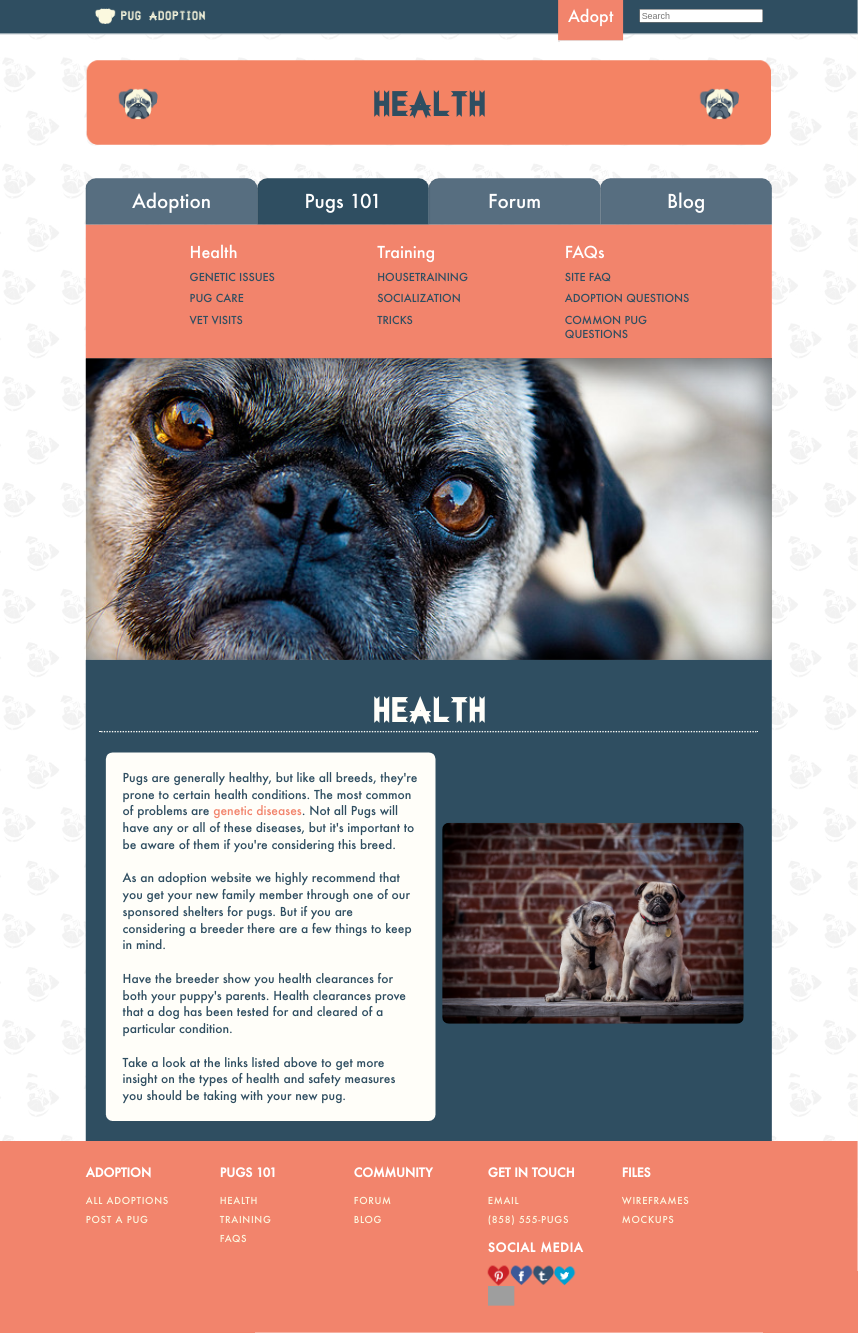
Repository: vqdo/pug-adoption
Page: http://localhost/health.php
The author's editor kept a record of every edit. The page is drawn from the files as they stood at one moment, then again after the next edit.
The browser window is 1280 px wide. The pictures show the whole page, at 67% of full size.
Pictures or frames that could not be fetched are drawn as grey boxes. The page is run by PHP 8.4 with error messages shown; the project is at /var/www/html/.

Above is the page before.

### health.php
<!DOCTYPE html>
<?php include 'partials/_globals.php' ?>
<html>
<head>
	<title><?php echo $strings['sitename'] ?> - Health </title>
	<meta charset="utf-8">
	<!--<link href='http://fonts.googleapis.com/css?family=Libre+Baskerville:400,700' rel='stylesheet' type='text/css'>-->
	<link rel="stylesheet" href="css/master.css">
</head>
<body id="pugs101">
    <?php include 'partials/_header.php'; ?>

    <div class="pugs-main">
    	<a href="index.php">
	   	    <div class="pugs-logo">
		    	<h1>Health</h1></h1>
		    </div>
	    </a>
	</div>


    <div class="page-body">
    	<div class="container">
			<?php include 'partials/_pagenav.php'; ?>
			<div class="pugs-101-health">
				<!--<h1>Have you hugged<br>your pug today?</h1>-->
				</div>
    		<div class="content cf">
    			<h1>Health</h1>
    			<img src="../images/graffitipugs.jpg" alt="Two healthy looking pugs" class="healthypugs">
    		    <div class="health-description">
    				<p>Pugs are generally healthy, but like all breeds, they're
    				prone to certain health conditions. The most common of problems
    				are <a href="http://www.pugvillage.com/pug-health/pug-genetic-issues">genetic diseases</a>.
    				Not all Pugs will have any or all of these diseases, but
    				it's important to be aware of them if you're considering this breed.
    				<br><br>
    				As an adoption website we highly recommend that you get your
    				new family member through one of our sponsored shelters for
    				pugs. But if you are considering a breeder there are a few
    				things to keep in mind.
    				<br><br>
    				Have the breeder show you health clearances for both your
    				puppy's parents. Health clearances prove that a dog has been
    				tested for and cleared of a particular condition.
    				<br><br>
    				Take a look at the links listed above to get more insight on
    				the types of health and safety measures you should be taking
    				with your new pug.
    				</p>
    			</div>

				<!--<h1 class="cf">Basic Facts</h1>
					<img src="images/pugs/derppug.jpg" alt="A pug" class="fl infotable-pic">
    				<table class="facts-table">
    					<tr>
    						<td class="title">Avg. Life Span</td>
    						<td>2 to 15 years</td>
    					</tr>
    					<tr>
    						<td class="title">Weight</td>
    						<td>12 - 15 lbs</td>
    					</tr>
    					<tr>
    						<td class="title">Dog Breed Group</td>
    						<td>Companion Dog</td>
    					</tr>
    					<tr>
    						<td class="title">Temperament</td>
    						<td><p>Don't expect a Pug to hunt, guard, or retrieve. Pugs were bred to be companions, and that's exactly what they do best. The Pug craves affection — and your lap — and is very unhappy if his devotion isn't reciprocated.

He tends to be a sedentary dog, content to sit in your lap as you read a book or watch a movie.</p></td>
    					</tr>

    				</table>-->
    		</div>
    	</div>
	</div>

    <?php include 'partials/_footer.php'; ?>

	<script type="text/javascript" src="js/jquery-1.11.1.min.js"></script>
	<script type="text/javascript" src="js/master.js"></script>
</body>
</html>

### partials/_globals.php
<?php

    // Include global variables here
    $strings = array(
        'sitename' => "Pug Adoption",
        'gfonts' => "https://fonts.googleapis.com/css?family=Montserrat:400,700"
    )

?>

### partials/_header.php
<header>
    <nav id="site-nav" class="cf">
        <div class="bg"></div>
        <div class="container cf">

            <input class="searchbox fr" type="text" placeholder="Search" />

            <a class="highlighted-link fr" href="adopt.php">Adopt</a>
            <a class="headerlogo" href="index.php"></a>
        </div>
    </nav>
</header>

### partials/_pagenav.php
    		<nav class="tab-container">
	    		<div class="page-tabs cf">
	    			<ul>
	    				<li><a class="tab-adoption" href="adopt.php">Adoption</a></li>
	    				<li><a class="tab-pugs101" href="pugs101.php">Pugs 101</a></li>
	    				<li><a class="tab-forum" href="forum.php">Forum</a></li>
	    				<li><a class="tab-blog" href="blog.php">Blog</a></li>
	    			</ul>
	    		</div>
	    		<div class="page-tabs-sub cf">
	    			<ul class="sub-nav tab-adoption">
	    				<li><a href="adopt.php">Search</a></li>
	    				<li><a href="http://www.pugpros.org/turn-in-a-pug/">Post a Pug</a></li>
	    				<li><a href="http://www.pugpros.org/category/happy-endings/">Happy Endings</a></li>
	    			</ul>
	    			<ul class="sub-nav tab-pugs101 cf">
	    				<li><a href="health.php" class="underline">Health</a>
	    					<ul>
	    						<li><a href="http://www.pugvillage.com/pug-health/pug-genetic-issues">Genetic Issues</a></li>
	    						<li><a href="http://www.pugvillage.com/pug-health/general-pug-care">Pug Care</a></li>
	    						<li><a href="http://prime.peta.org/2012/06/how">Vet Visits</a></li>
	    					</ul>
	    				</li>
	    				<li><a href="training.php" class="underline">Training</a>
	    					<ul>
	    						<li><a href="http://www.pugvillage.com/pug-training/housetraining-pugs-faq">Housetraining</a></li>
	    						<li><a href="http://www.netplaces.com/pug/socializing-your-pug/">Socialization</a></li>
	    						<li><a href="#http://www.pugvillage.com/pug-training/trick-training-your-pug">Tricks</a></li>
	    					</ul>
	    				</li>
	    				<li><a href="#" class="underline">FAQs</a>
	    					<ul>
	    						<li><a href="#">Site FAQ</a></li>
	    						<li><a href="http://www.pugvillage.com/your-first-pug/find-pug">Adoption Questions</a></li>
	    						<li><a href="http://www.pugvillage.com/pug-faqs/pug-faqs">Common Pug Questions</a></li>
	    					</ul>
	    				</li>
	    			</ul>
	    			<ul class="sub-nav tab-forum">
						<!-- Empty? -->
	    			</ul>
	    			<ul class="sub-nav tab-blog">
						<!-- Empty? -->
	    			</ul>
	    		</div>
			</nav>

### partials/_footer.php
<footer>
     <div class="container cf">
                <section class="footer-section">
                    <h2>Adoption</h2>
                    <ul>
                        <li><a href="adopt.php">All Adoptions</a></li>
                        <li><a href="#">Post a Pug</a></li>
                    </ul>
                </section>
                <section class="footer-section">
                    <h2>Pugs 101</h2>
                    <ul>
                        <li><a href="health.php">Health</a></li>
                        <li><a href="training.php">Training</a></li>
                        <li><a href="#">FAQs</a></li>
                    </ul>
                </section>
                <section class="footer-section">
                    <h2>Community</h2>
                    <ul>
                        <li><a href="forum/php">Forum</a></li>
                        <li><a href="blog.php">Blog</a></li>
                    </ul>
                </section>
                <section class="footer-section">
                    <h2>Get In Touch</h2>
                    <ul>
                        <li><a href="mailto:187@cogsci.ucsd.edu">Email</a></li>
                        <li>(858) 555-PUGS</li>
                        <li><h2>Social Media</h2>
                            <ul>
                                <li><a href="http://pinterest.com"><img src="../images/social media/pinterest.png"></a></li>
            			        <li><a href="http://facebook.com"><img src="../images/social media/facebook.png"></a></li>
            				    <li><a href="http://tumbler.com"><img src="../images/social media/tumblr.png"></a></li>
            			        <li><a href="http://twitter.com"><img src="../images/social media/twitter.png"></a></li>
            				    <li><a href="http://rss.com"><img src="../images/social media/rss.png"></a></li></li>
                            </ul>

                        </li>
                    </ul>
                </section>
                <section class="footer-section">
                    <h2>Files</h2>
                    <ul>
                        <li><a href="../files/wireframes.pdf">Wireframes</a></li>
    				    <li><a href="../files/mockups.pdf">Mockups</a></li>
                    </ul>
                </section>
            </div>
</footer>


<script type="text/javascript" src="js/jquery-1.11.1.min.js"></script>
<script type="text/javascript" src="js/jquery-ui.min.js"></script>
<script type="text/javascript" src="js/master.js"></script>

Loaded but not shown: js/jquery-1.11.1.min.js (library); js/jquery-ui.min.js (library); js/master.js (321 lines, source omitted); css/master.css (1017 lines, source omitted)

After the next edit:
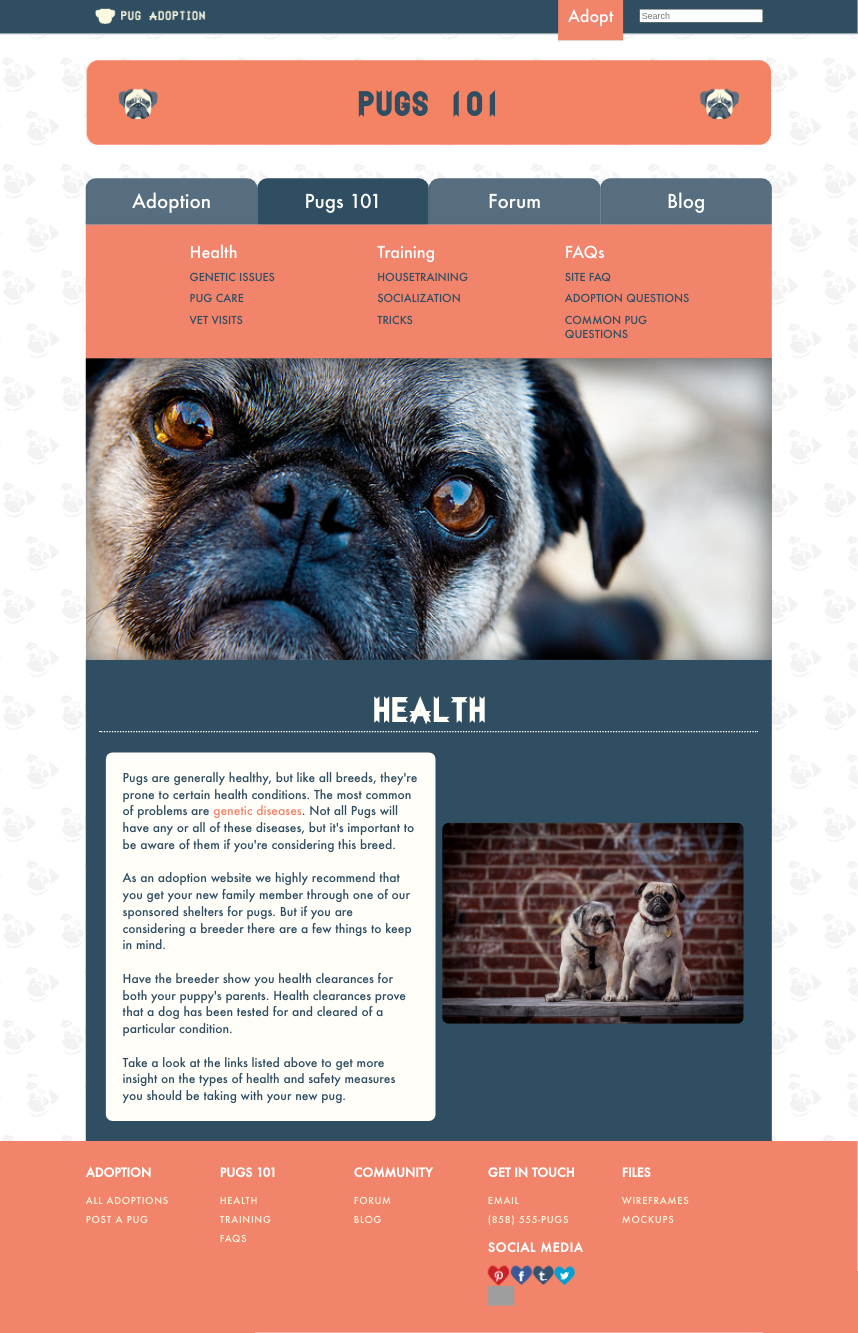
The edit:
--- a/health.php
+++ b/health.php
@@ -11,11 +11,9 @@
     <?php include 'partials/_header.php'; ?>
 
     <div class="pugs-main">
-    	<a href="index.php">
 	   	    <div class="pugs-logo">
-		    	<h1>Health</h1></h1>
+		    	<a href="pugs101.php"><h1>Pugs 101</h1></a>
 		    </div>
-	    </a>
 	</div>
 
 
